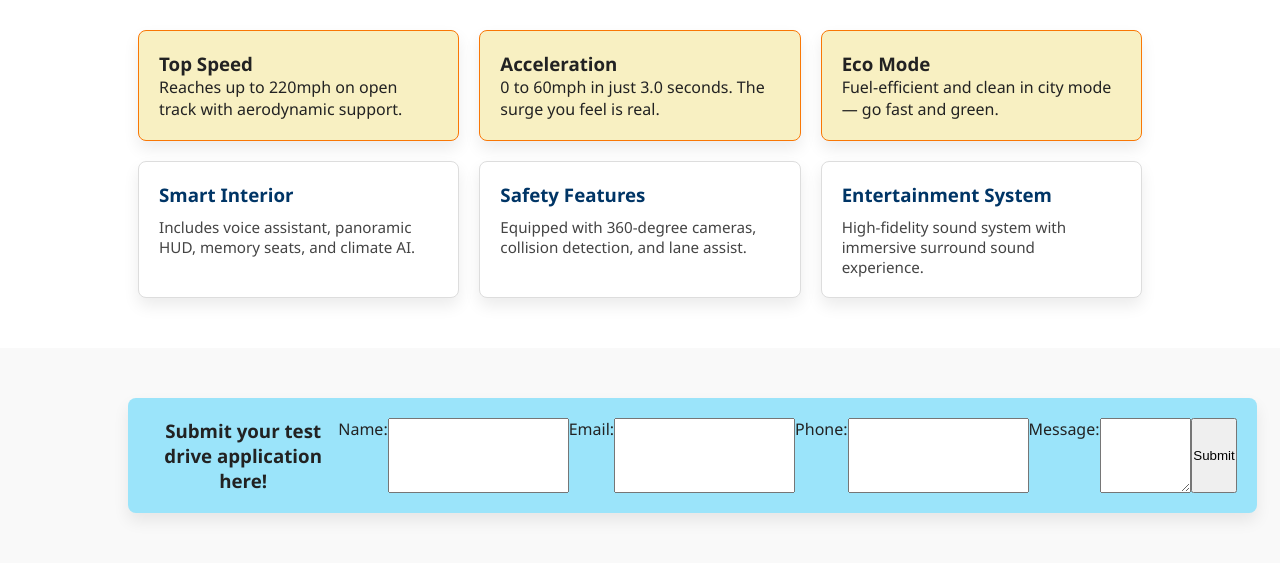
Repository: JiaheSu22/vrooom-responsive-main
Page: index.html
An editor plug-in stored every save of this project. The page is shown before and after the next save, followed by the edit.
The browser window is 1280 px wide. The pictures show the part of the page from y = 740 to 1303 px (the page is 1303 px tall).
A picture or video elsewhere on the page could not be fetched, so the positions and the page height are approximate.

Above is the page before, as saved 2025-04-11 14:34:22.

### index.html
<!DOCTYPE html>
<html lang="en">

<head>
  <meta charset="UTF-8">
  <title>Vrooom — Barracuda X10</title>
  <style>
    * {
      box-sizing: border-box;
      margin: 0;
      padding: 0;
    }

    body {
      font-family: 'Segoe UI', sans-serif;
      background-color: #f9f9f9;
      color: #222;
    }

    /* HERO SECTION */
    .hero {
      position: relative;
      height: 100vh;
      width: 100%;
      background-image: url('assets/mercedes-vision-avtr.webp');
      background-repeat: no-repeat;
      background-size: cover;
      background-position: center;
      overflow: hidden;
    }

    /* Optional dark overlay for unifying text+video contrast */
    .hero::before {
      content: "";
      position: absolute;
      inset: 0;
      background: linear-gradient(to right, rgba(0, 0, 0, 0.7), rgba(0, 0, 0, 0.1));
      z-index: 0;
    }

    /* Logo - slightly rotated, floating */
    .hero-logo {
      position: absolute;
      left: 2px;
      width: 30%;
      transform: rotate(-8deg);
      z-index: 0;
    }

    .hero-logo img {
      width: 100%;
    }

    /* Rotated text box */
    .hero-text {
      position: absolute;
      bottom: 3%;
      left: 5%;
      background: rgba(255, 255, 255, 0.1);
      padding: 30px;
      border-left: 6px solid #f6e3b4;
      border-radius: 10px;
      backdrop-filter: blur(1px);
      z-index: 0;

    }

    .hero-text h1 {
      font-size: 3em;
      color: #a0fcf7;
      margin-bottom: 10px;
    }

    .hero-text p {
      font-size: 1.2em;
      color: #fff;
    }

    /* Tilted video box */
    .hero-video {
      position: absolute;
      top: auto;
      bottom: 20px;
      right: 20px;
      box-shadow: 0 10px 20px rgba(0, 0, 0, 0.6);
      z-index: 0;
      border-radius: 5px;
      overflow: hidden;
      transition: transform 0.3s ease;
    }

    .hero-video:hover {
      transform: scale(1.3);
    }

    .hero-video video {
      width: 100%;
      display: block;
      border-radius: 2px;
    }

    /* CARD SECTION */
    .card-section {
      display: flex;
      flex-wrap: wrap;
      justify-content: center;
      gap: 20px;
      padding: 50px 10%;
      background-color: #ffffff;
    }

    .top-card {
      background: rgb(248, 240, 194);
      border: 1px solid #f97705;
      border-radius: 8px;
      box-shadow: 0 8px 16px rgba(0, 0, 0, 0.08);
      padding: 20px;
      width: calc(33.33% - 20px);
      transition: transform 0.3s ease;
    }

    .card {
      background: white;
      border: 1px solid #ddd;
      border-radius: 8px;
      box-shadow: 0 8px 16px rgba(0, 0, 0, 0.08);
      width: calc(33.33% - 20px);
      padding: 20px;
      transition: transform 0.3s ease;
    }

    .top-card:hover {
      transform: translateY(10px);
      box-shadow: 0 12px 24px rgba(101, 247, 205, 0.1);
    }

    .card:hover {
      transform: translateY(-5px);
      box-shadow: 0 12px 24px rgba(0, 0, 0, 0.1);
    }

    .card h3 {
      margin-bottom: 10px;
      color: #003566;
    }

    .card p {
      font-size: 0.95em;
      color: #444;
    }

    .form-section {
      display: flex;
      background: #f9f9f9;
      padding: 50px 10%;
      text-align: center;
    }

    .form-section form {
      display: flex;
      background: rgb(155, 228, 250);
      border-radius: 8px;
      box-shadow: 0 8px 16px rgba(0, 0, 0, 0.08);
      padding: 20px;

      margin: auto;
    }

    /* Responsive Adjustments */
    @media (max-width: 768px) {
      .hero-text {
        position: static;
        margin: 20px auto;
        background: rgba(0, 0, 0, 0.7);
        text-align: center;
      }

      .hero-video {
        position: static;
        width: 90%;
        margin: 20px auto;
      }

      .card-section {

        align-items: center;
        padding: 30px 5%;
      }
    }
  </style>
</head>

<body>

  <!-- HERO SECTION -->
  <section class="hero">

    <!-- Logo -->
    <div class="hero-logo">
      <img src="assets/logo-enh.png" alt="Vrooom Logo">
    </div>

    <!-- Text -->
    <div class="hero-text">
      <h1>Mercedes Vision AVTR</h1>
      <p>A marriage between art and science.</p>
    </div>

    <!-- Video -->
    <div class="hero-video">
      <video autoplay loop muted>
        <source src="assets/avtr-demo.mp4" type="video/mp4">
        Your browser does not support the video tag.
      </video>
    </div>

  </section>

  <!-- CARD SECTION -->
  <section class="card-section">
    <div class="top-card">
      <h3>Top Speed</h3>
      <p>Reaches up to 220mph on open track with aerodynamic support.</p>
    </div>
    <div class="top-card">
      <h3>Acceleration</h3>
      <p>0 to 60mph in just 3.0 seconds. The surge you feel is real.</p>
    </div>
    <div class="top-card">
      <h3>Eco Mode</h3>
      <p>Fuel-efficient and clean in city mode — go fast and green.</p>
    </div>
    <div class="card">
      <h3>Smart Interior</h3>
      <p>Includes voice assistant, panoramic HUD, memory seats, and climate AI.</p>
    </div>
    <div class="card">
      <h3>Safety Features</h3>
      <p>Equipped with 360-degree cameras, collision detection, and lane assist.</p>
    </div>
    <div class="card">
      <h3>Entertainment System</h3>
      <p>High-fidelity sound system with immersive surround sound experience.</p>
    </div>
  </section>

  <section class="form-section">
    <form action="">
      <h3>Submit your test drive application here!</h3>
      <label for="name">Name:</label>
      <input type="text" id="name" name="name" required>
      <label for="email">Email:</label>
      <input type="email" id="email" name="email" required>
      <label for="phone">Phone:</label>
      <input type="tel" id="phone" name="phone" required>
      <label for="message">Message:</label>
      <textarea id="message" name="message" rows="4" required></textarea>
      <button type="submit">Submit</button>
    </form>
  </section>
</body>

</html>

After the next save:
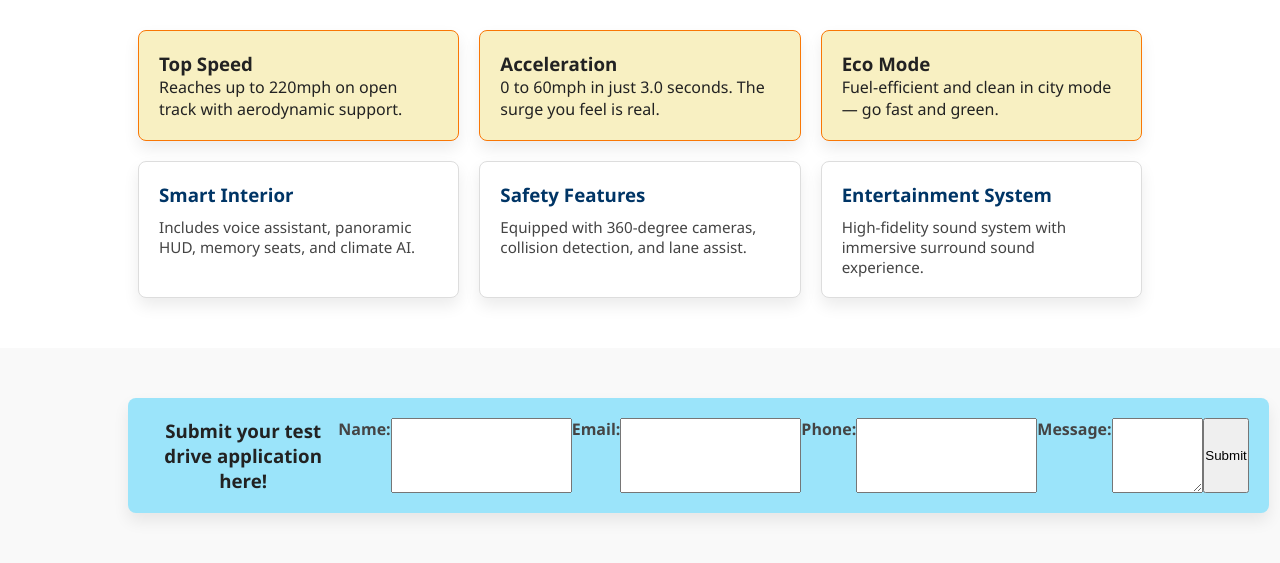
Saved 117 s later.
--- a/index.html
+++ b/index.html
@@ -162,8 +162,14 @@
       border-radius: 8px;
       box-shadow: 0 8px 16px rgba(0, 0, 0, 0.08);
       padding: 20px;
-
       margin: auto;
+    }
+
+    .form-section label {
+      display: block;
+      font-weight: bold;
+      margin-bottom: 5px;
+      color: #444;
     }
 
     /* Responsive Adjustments */
